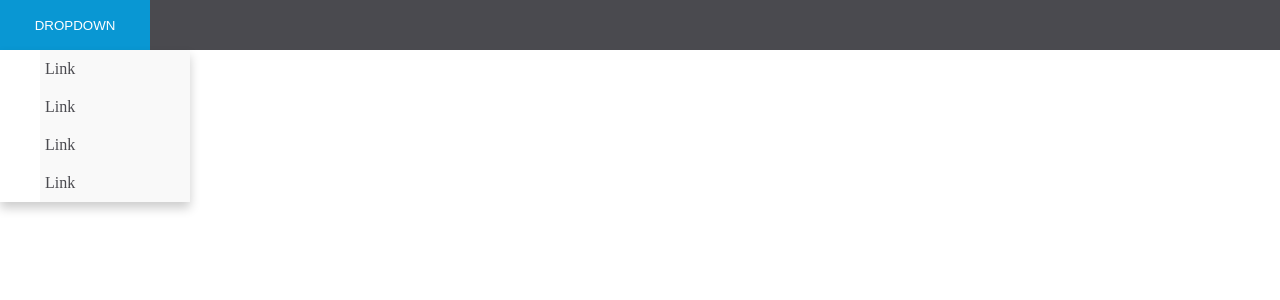
Repository: Scuzeme/pure_css_dropdown
Page: index.html
The author's editor kept a record of every edit. The page is drawn from the files as they stood at one moment, then again after the next edit.
The browser window is 1280 px wide. The pictures show the whole page.
The pointer rests on the first visible `.dropdownLink`.

Above is the page before.

### index.html
<!DOCTYPE html>
<html lang="en">
<head>
    <meta charset="UTF-8">
    <meta name="viewport" content="width=device-width, initial-scale=1.0">
    <meta http-equiv="X-UA-Compatible" content="ie=edge">
    <link rel="stylesheet" href="main.css" type="text/css" />
    <title>Document</title>
</head>
<body>
    <nav class="navDefault">
        <button>Dropdown</button>
        <ul class="dropdownMenu">
            <li class="dropdownItem"><a href="#" class="dropdownLink">Link</a></li>
            <li class="dropdownItem"><a href="#" class="dropdownLink">Link</a></li>
            <li class="dropdownItem"><a href="#" class="dropdownLink">Link</a></li>
            <li class="dropdownItem"><a href="#" class="dropdownLink">Link</a></li>
        </ul>
    </nav>

</body>
</html>

### main.css
.navDefault {
    position: fixed;
    top:0;
    left:0;
    right: 0;
    background-color: #4a4a4f;
}

button {
    border:none;
    background-color: #0997d3;
    width: 150px;
    height:50px;
    color:#fff;
    text-transform: uppercase;
    cursor:pointer;
}

.dropdownMenu{
    list-style: none;
    margin:0;
    position:absolute;
    left:0;
    right:0;
    top:50px;
    width:150px;
    box-shadow: 0px 6px 10px 0px rgba(0,0,0,0.2);
}

.dropdownLink{
    text-decoration: none;
    display:block;
    background-color: #f9f9f9;
    color:#4a4a4f;
    padding:10px 5px;
}

After the next edit:
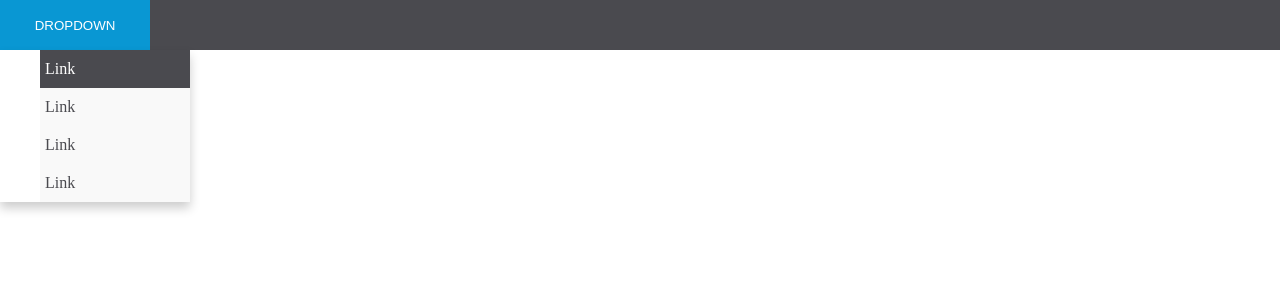
The edit:
--- a/main.css
+++ b/main.css
@@ -34,3 +34,8 @@
     color:#4a4a4f;
     padding:10px 5px;
 }
+
+.dropdownLink:hover{
+    color:#fff;
+    background-color: #4a4a4f;
+}
